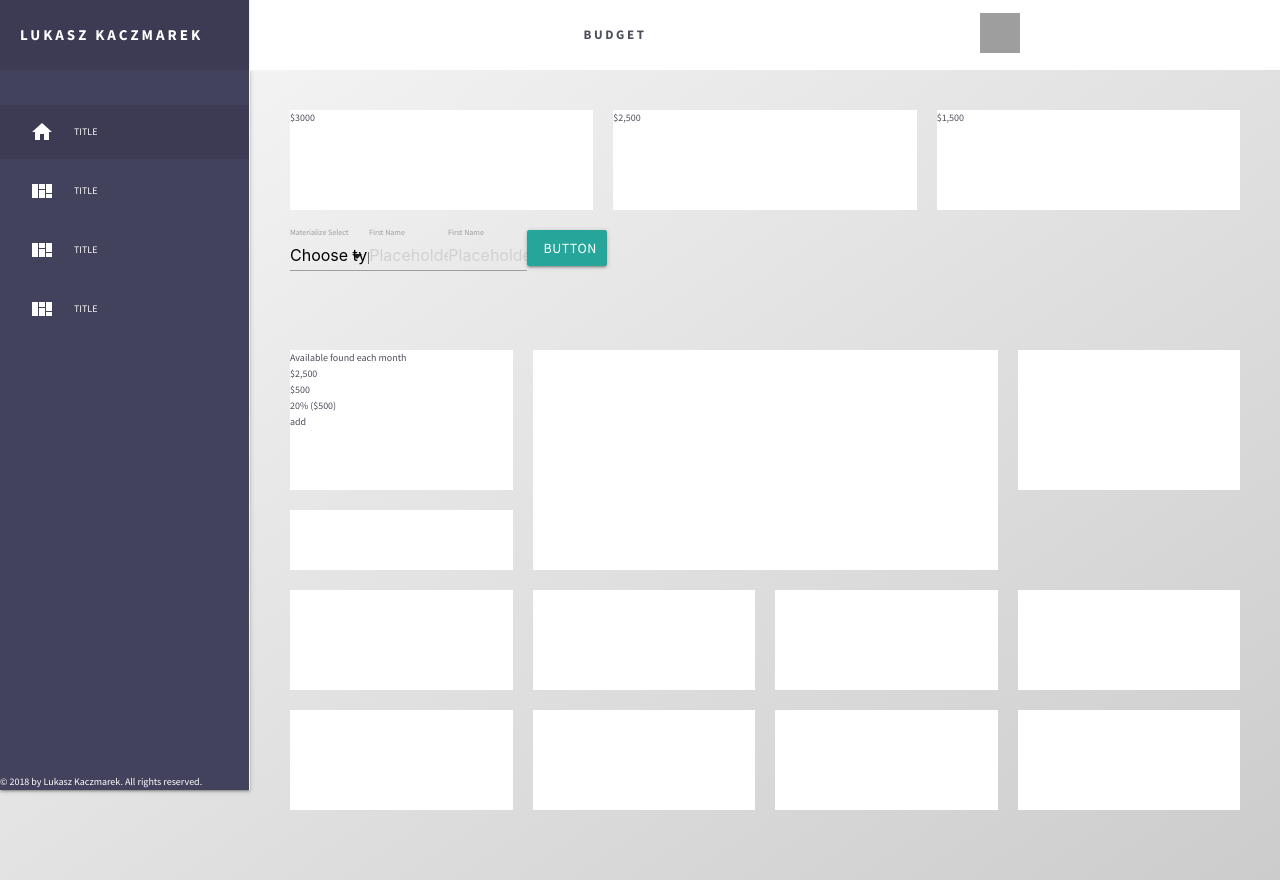
Repository: Archezi/BudgetApplication
Page: index.html
The author's editor kept a copy of each file at every save. The page is drawn from the files as they stood at one save, then again after the next save.
The browser window is 1280 px wide. The pictures show the whole page.
Pictures or frames that could not be fetched are drawn as grey boxes. The style sheet was rebuilt from its Sass, Less or Tailwind sources for each picture, by a compiler version that may differ from the author's.

Above is the page before, as saved 2018-08-29 20:52:36.

### index.html
<!DOCTYPE html>
<html lang="en">
<head>
    <meta charset="UTF-8">
    <meta name="viewport" content="width=device-width, initial-scale=1.0">
    <meta http-equiv="X-UA-Compatible" content="ie=edge">
    <link href="https://fonts.googleapis.com/css?family=Source+Sans+Pro:300,400,700" rel="stylesheet">
    <!--Import Google Icon Font-->
    <link href="https://fonts.googleapis.com/icon?family=Material+Icons" rel="stylesheet">
    <!--Import materialize.css-->
    <link type="text/css" rel="stylesheet" href="css/materialize.min.css"  media="screen,projection"/>
    <!-- Website style.css-->
    <link rel="stylesheet" href="css/style.comp.css">

    <title>Budget Application</title>

</head>
<body>
   <div class="web__container">
        <header class="header">
            <div class="logo">
                <h1>Lukasz Kaczmarek</h1>
            </div>
            <div class="page_title">
                <h2>Budget</h2>
            </div>
            <div class="user-nav">
                <div class="user-nav__icon"></div>
                <div class="user-nav__profile">
                    <img src="https://source.unsplash.com/random/40x40" alt="">
                </div>
            </div>
        </header>

        <div class="content">
            <nav class="sidebar">
                <ul class="side-nav">
                    <li class="side-nav__item side-nav__item--active">
                        <a href="#" class="side-nav__link">
                                <svg class="side-nav__icon" style="width:24px;height:24px" viewBox="0 0 24 24">
                                    <path fill="#fff" d="M10,20V14H14V20H19V12H22L12,3L2,12H5V20H10Z" />
                                </svg>
                            <span>Title</span>
                        </a>
                    </li>
                    <li class="side-nav__item ">
                        <a href="#" class="side-nav__link">
                            <svg class="side-nav__icon" style="width:24px;height:24px" viewBox="0 0 24 24">
                                <path fill="#000000" d="M2,5V19H8V5H2M9,5V10H15V5H9M16,5V14H22V5H16M9,11V19H15V11H9M16,15V19H22V15H16Z" />
                            </svg>
                            <span>Title</span>
                        </a>
                    </li>
                    <li class="side-nav__item ">
                        <a href="#" class="side-nav__link">
                            <svg class="side-nav__icon" style="width:24px;height:24px" viewBox="0 0 24 24">
                                <path fill="#000000" d="M2,5V19H8V5H2M9,5V10H15V5H9M16,5V14H22V5H16M9,11V19H15V11H9M16,15V19H22V15H16Z" />
                            </svg>
                            <span>Title</span>
                        </a>
                    </li>
                    <li class="side-nav__item ">
                        <a href="#" class="side-nav__link">
                            <svg class="side-nav__icon" style="width:24px;height:24px" viewBox="0 0 24 24">
                                <path fill="#000000" d="M2,5V19H8V5H2M9,5V10H15V5H9M16,5V14H22V5H16M9,11V19H15V11H9M16,15V19H22V15H16Z" />
                            </svg>
                            <span>Title</span>
                        </a>
                    </li>
                </ul>

                <div class="legal">
                    &copy; 2018 by Lukasz Kaczmarek. All rights reserved.
                </div>
            </nav>

            <div class="main">

                <div class="overview">
                    <div class="total__available-founds">$3000</div>
                    <div class="total__income">$2,500</div>
                    <div class="total__expenses">$1,500</div>
                </div>
                <div class="input-section-wrapper">
                    <div class="input-field input__type">
                        <select>
                            <option value="" disabled selected>Choose type</option>
                            <option value="inc">Income</option>
                            <option value="exp">Expense</option>
                        </select>
                        <label>Materialize Select</label>
                    </div>
                    <div class="input-field ">
                        <input placeholder="Placeholder" class="input__description" type="text">
                        <label for="first_name">First Name</label>
                    </div>
                    <div class="input-field input__description">
                        <input placeholder="Placeholder" class="input__value" type="text">
                        <label for="first_name">First Name</label>
                    </div>
                    <a class="waves-effect waves-light btn">button</a>


                </div>




                <div class="budget">
                    <div class="available-founds-panel">
                        <div class="available-founds__title">Available found each month</div>
                        <div class="available-found__value">$2,500</div>
                        <div class="available-found__deposit">$500</div>
                        <div class="available-found__deposit--percentage">20% ($500)</div>
                        <div class="available-found__btn add__btn">
                            <i></i>add
                        </div>
                    </div>
                    <div class="income-panel">
                    </div>
                    <div class="history-panel"></div>
                    <div class="expenses-panel"></div>
                </div>
                <div class="statistics">
                    <div class="net-profit-panel"></div>
                    <div class="tax-panel"></div>
                    <div class="savings-panel"></div>
                    <div class="projections"></div>

                </div>
                <div class="statistics">
                    <div class="net-profit-panel"></div>
                    <div class="tax-panel"></div>
                    <div class="savings-panel"></div>
                    <div class="projections"></div>

                </div>



            </div>


        </div>




   </div>

   <!-- Compiled and minified JavaScript -->
   <script src="js/jquery.min.js"></script>
   <script src="https://cdnjs.cloudflare.com/ajax/libs/materialize/1.0.0-rc.2/js/materialize.min.js"></script>
   <script src="js/myscript.js"></script>
</body>
</html>

### js/myscript.js
$(document).ready(function(){
    $('select').formSelect();
  });

### sass/main.scss
@import "base/reset";
@import "base/base";
@import "base/typography";

@import "abstracts/variables";
@import "components/mainComponent";
@import "components/layout";

### sass/base/_base.scss
:root {
    --color-primary: #eb2f64;
    --color-primary-light: #FF3366;
    --color-primary-dark: #BA265D;

    --color-background-dark: #3C3B53;
    --color-background-light: #43425D;

    --color-grey-light-1: #faf9f9;
    --color-grey-light-2: #f4f2f2;
    --color-grey-light-3: #f0eeee;
    --color-grey-light-4: #ccc;

    --color-grey-dark-1: #333;
    --color-grey-dark-2: #4D4F5C;
    --color-grey-dark-3: #999;
    --color-white: #fff;
    --shadow-dark: 0 2rem 6rem rgba(0,0,0,.3);
    --shadow-light: 0 2rem 5rem rgba(0,0,0,.06);

    --line: 1px solid var(--color-grey-light-2);
}

$bp-largest: 75em;     // 1200px
$bp-large: 68.75em;    // 1100px
$bp-medium: 56.25em;   // 900px
$bp-small: 37.5em;     // 600px
$bp-smallest: 31.25em; // 500px

* {
    margin: 0;
    padding: 0;
}

*,
*::before,
*::after {
    box-sizing: inherit;
}

html {
    box-sizing: border-box;
    font-size: 62.5%; // 1rem = 10px, 10px/16px = 62.5%

    @media only screen and (max-width: $bp-large) {
        font-size: 50%;
    }
}

body {


    color: var(--color-grey-dark-2);
    background-image: linear-gradient(to right bottom, var(--color-grey-light-1), var(--color-grey-light-4));
    background-size: cover;
    background-repeat: no-repeat;

    min-height: 100vh;
}

### sass/base/_typography.scss
body {

    font-weight: 400;
    line-height: 1.6;
    font-family: 'Source Sans Pro', sans-serif;
    text-rendering: optimizeLegibility;
    -webkit-font-smoothing: antialiased;

}

### sass/abstracts/_variables.scss
$header-height: 7rem;
$sidebar-width: 25rem;
$main: calc(4rem + $header-height );
$fraction: 1fr;

### sass/components/_mainComponent.scss

//////////////////////////////////////////
// Header

.logo {
    width: 25rem;
    padding: 0 2rem;

    border-right: var(--line);
    background: var(--color-background-dark);
    h1 {

        align-self: center;
        font-size: 1.5rem;
        font-weight: 700;
        line-height: 2rem;
        letter-spacing: 0.2em;
        text-transform: uppercase;
        padding: 2.5rem 0;
        color: var(--color-white);

    }
}
.page_title {
    width: 30rem;
    text-align: center;
    h2 {
        font-size: 1.3rem;
        font-weight: 700;
        letter-spacing: 0.2em;
        text-transform: uppercase;
    }
}
.user-nav {
    width: 30rem;
}



.side-nav {
    font-size: 1.5rem;
    list-style: none;
    margin-top: 3.5rem;

    &__item {
        position: relative;
        float: none;
        &:not(:last-child) {
            margin-bottom: .5rem;
        }
    }
    &__item::before {
        content: "";
        position: absolute;
        top: 0;
        left: 0;
        height: 100%;
        width: 3px;
        background-color: var(--color-background-dark);
        transform: scaleY(0);
        transition: transform .2s,
                    width .4s cubic-bezier(1,0,0,1) .2s,
                    background-color .1s;
    }

    &__item:hover::before,
    &__item--active::before {
        transform: scaleY(1);
        width: 100%;
    }

    &__item:active::before {
        background-color: var(--color-background-light);
    }

    &__link:link,
    &__link:visited {
        color: var(--color-grey-light-1);
        text-decoration: none;
        text-transform: uppercase;
        display: block;
        padding: 1.5rem 3rem;
        position: relative;
        z-index: 10;

        display: flex;
        align-items: center;

        @media only screen and (max-width: $bp-medium) {
            justify-content: center;
            padding: 2rem;
        }

        @media only screen and (max-width: $bp-small) {
            flex-direction: column;
            padding: 1.5rem .5rem;
        }
    }

    &__icon {
        width: 1.75rem;
        height: 1.75rem;
        margin-right: 2rem;
        fill: currentColor;
        path {
            fill: #fff;
        }
        @media only screen and (max-width: $bp-small) {
            margin-right: 0;
            margin-bottom: .7rem;
            width: 1.5rem;
            height: 1.5rem;
        }
    }
}

### sass/components/_layout.scss
.web__container {
    max-width: 100% !important;
    min-height: 100vh;
    margin: 0 auto;

}

.header {
    height: $header-height;
    background: var(--color-white);
    position: fixed;
    top: 0;
    width: 100%;
    display: flex;
    justify-content: space-between;
    align-items: center;
    z-index: 1000;
}
.content {

}

///////////////////////////////////////
// SIDEBAR

.sidebar {
    border-right: var(--line);
    background-color: var(--color-background-light);
    position: fixed;
    left: 0;
    top: 0;
    width: 25rem;
    margin-top: $header-height;
    // width: 25rem;
    display: flex;
    flex-direction: column;
    justify-content: space-between;
    min-height: calc(100vh );
    z-index: 999;
}

//////////////////////////////////////////
// MAIN
.main {
    margin-top: $header-height;
    padding: 4rem 4rem 7rem 29rem;
    width: 100%;
    min-height: calc(100vh - 7rem);
    display: grid;
    grid-gap: 2rem;
    grid-auto-rows: minmax(10rem, auto);
    .overview {
        display: grid;
        grid-gap: 2rem;
        grid-template-columns: repeat(3, 1fr);
        & > * {
            background: var(--color-white);
        }
        height:10rem;
    }
    .input-section-wrapper  {
        display: grid;
        grid-template-columns: repeat(12, 1fr);
        height: 7rem;

    }
    .budget {
        display: grid;
        grid-gap: 2rem;
        grid-template-columns: repeat(4, 1fr);
        grid-row: span 2;
        & > * {
            background: var(--color-white);
        }
        .history-panel {
            grid-column: 2 / span 2;
            grid-row: 1 / span 2;
            grid-auto-rows: $fraction;
        }
    }

    .statistics {
        display: grid;
        grid-gap: 2rem;
        grid-template-columns: repeat(4, 1fr);

        & > * {
            background: var(--color-white);
        }

    }
}


//////////////////////////////////////////////@at-root
// Footer
.footer {
    position: absolute;
    bottom: 0;
    background: var(--color-white);
    z-index: 1;
    height: $header-height;
    width: calc(100%);
    z-index: 100;
}

Loaded but not shown: css/materialize.min.css (library); js/jquery.min.js (library); sass/base/_reset.scss (common file)

After the next save:
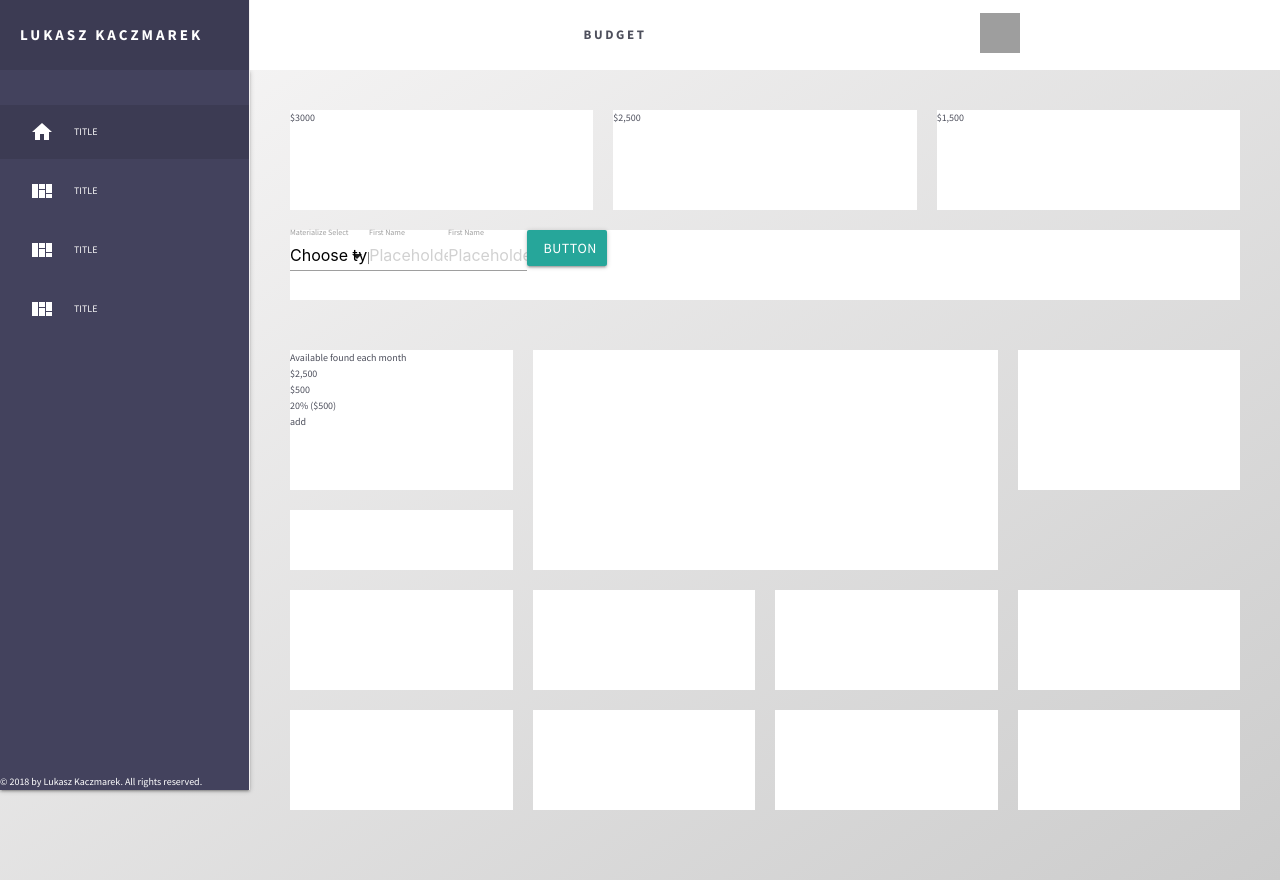
Saved 29 s later.
--- a/sass/components/_layout.scss
+++ b/sass/components/_layout.scss
@@ -62,6 +62,7 @@
         display: grid;
         grid-template-columns: repeat(12, 1fr);
         height: 7rem;
+        background: var(--color-white);
 
     }
     .budget {
